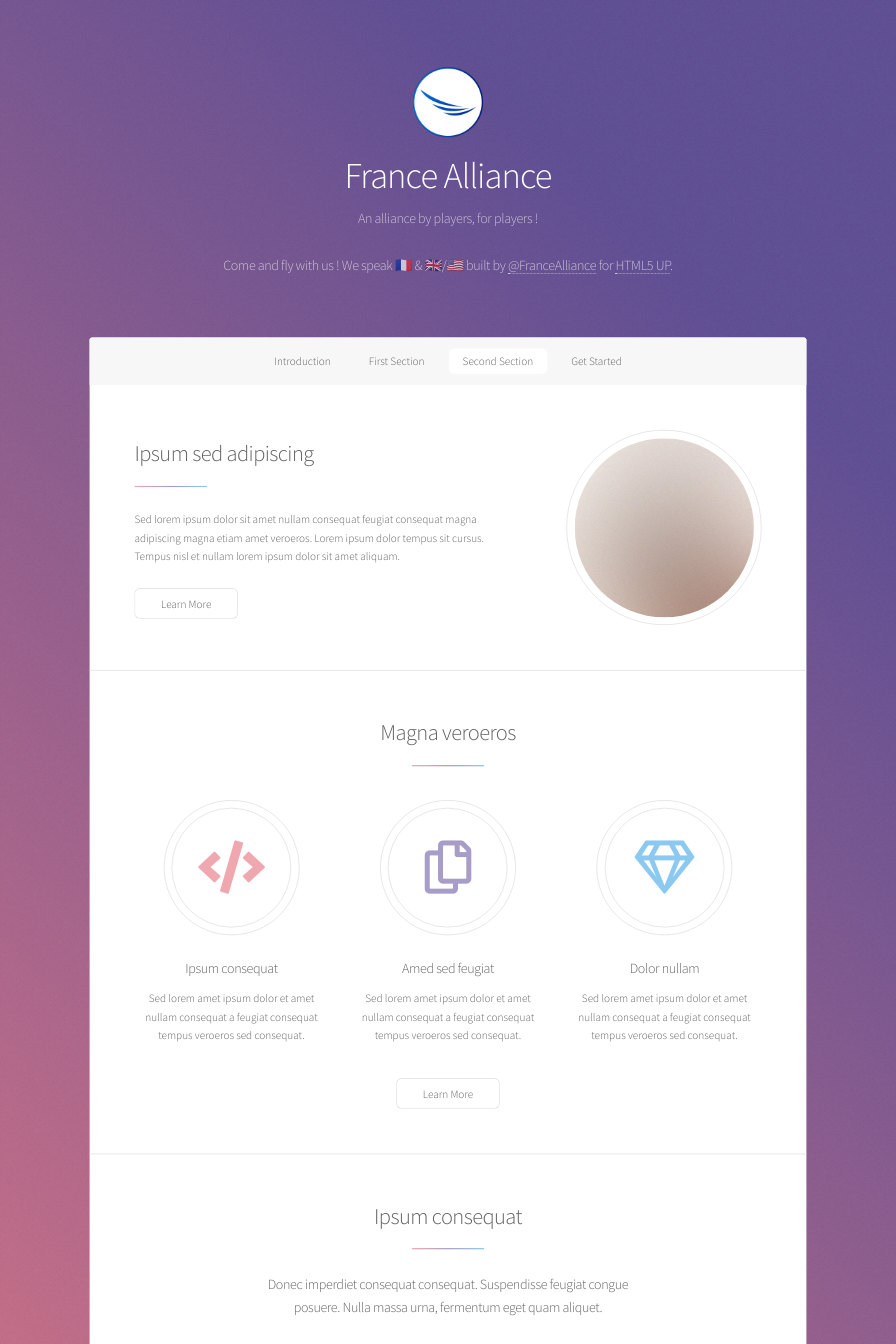
Repository: France-Alliance/France-Alliance.github.io
Page: index.html
The author's editor kept a copy of each file at every save. The page is drawn from the files as they stood at one save, then again after the next save.
The browser window is 1280 px wide. The pictures show the part of the page from y = 0 to 1920 px (the page is 3326 px tall), at 70% of full size.

Above is the page before, as saved 2021-04-05 21:53:07.

### index.html
<!DOCTYPE HTML>
<!--
	Stellar by HTML5 UP
	html5up.net | @ajlkn
	Free for personal and commercial use under the CCA 3.0 license (html5up.net/license)
-->
<html>
	<head>
		<title>France Alliance</title>
		<meta charset="utf-8" />
		<meta name="viewport" content="width=device-width, initial-scale=1, user-scalable=no" />
		<link rel="stylesheet" href="assets/css/main.css" />
		<noscript><link rel="stylesheet" href="assets/css/noscript.css" /></noscript>
	</head>
	<body class="is-preload">

		<!-- Wrapper -->
			<div id="wrapper">

				<!-- Header -->
					<header id="header" class="alt">
						<span class="logo"><img src="images/Fichier 1.png" alt="" /></span>
						<h1>France Alliance</h1>
						<p>An alliance by players, for players ! <br>
						<br>Come and fly with us ! We speak 🇫🇷 & 🇬🇧/🇺🇸
						built by <a href="https://twitter.com/FranceAlliance">@FranceAlliance</a> for <a href="https://html5up.net">HTML5 UP</a>.</p>
					</header>

				<!-- Nav -->
					<nav id="nav">
						<ul>
							<li><a href="#intro" class="active">Introduction</a></li>
							<li><a href="#first">First Section</a></li>
							<li><a href="#second">Second Section</a></li>
							<li><a href="#cta">Get Started</a></li>
						</ul>
					</nav>

				<!-- Main -->
					<div id="main">

						<!-- Introduction -->
							<section id="intro" class="main">
								<div class="spotlight">
									<div class="content">
										<header class="major">
											<h2>Ipsum sed adipiscing</h2>
										</header>
										<p>Sed lorem ipsum dolor sit amet nullam consequat feugiat consequat magna
										adipiscing magna etiam amet veroeros. Lorem ipsum dolor tempus sit cursus.
										Tempus nisl et nullam lorem ipsum dolor sit amet aliquam.</p>
										<ul class="actions">
											<li><a href="generic.html" class="button">Learn More</a></li>
										</ul>
									</div>
									<span class="image"><img src="images/pic01.jpg" alt="" /></span>
								</div>
							</section>

						<!-- First Section -->
							<section id="first" class="main special">
								<header class="major">
									<h2>Magna veroeros</h2>
								</header>
								<ul class="features">
									<li>
										<span class="icon solid major style1 fa-code"></span>
										<h3>Ipsum consequat</h3>
										<p>Sed lorem amet ipsum dolor et amet nullam consequat a feugiat consequat tempus veroeros sed consequat.</p>
									</li>
									<li>
										<span class="icon major style3 fa-copy"></span>
										<h3>Amed sed feugiat</h3>
										<p>Sed lorem amet ipsum dolor et amet nullam consequat a feugiat consequat tempus veroeros sed consequat.</p>
									</li>
									<li>
										<span class="icon major style5 fa-gem"></span>
										<h3>Dolor nullam</h3>
										<p>Sed lorem amet ipsum dolor et amet nullam consequat a feugiat consequat tempus veroeros sed consequat.</p>
									</li>
								</ul>
								<footer class="major">
									<ul class="actions special">
										<li><a href="generic.html" class="button">Learn More</a></li>
									</ul>
								</footer>
							</section>

						<!-- Second Section -->
							<section id="second" class="main special">
								<header class="major">
									<h2>Ipsum consequat</h2>
									<p>Donec imperdiet consequat consequat. Suspendisse feugiat congue<br />
									posuere. Nulla massa urna, fermentum eget quam aliquet.</p>
								</header>
								<ul class="statistics">
									<li class="style1">
										<span class="icon solid fa-code-branch"></span>
										<strong>5,120</strong> Etiam
									</li>
									<li class="style2">
										<span class="icon fa-folder-open"></span>
										<strong>8,192</strong> Magna
									</li>
									<li class="style3">
										<span class="icon solid fa-signal"></span>
										<strong>2,048</strong> Tempus
									</li>
									<li class="style4">
										<span class="icon solid fa-laptop"></span>
										<strong>4,096</strong> Aliquam
									</li>
									<li class="style5">
										<span class="icon fa-gem"></span>
										<strong>1,024</strong> Nullam
									</li>
								</ul>
								<p class="content">Nam elementum nisl et mi a commodo porttitor. Morbi sit amet nisl eu arcu faucibus hendrerit vel a risus. Nam a orci mi, elementum ac arcu sit amet, fermentum pellentesque et purus. Integer maximus varius lorem, sed convallis diam accumsan sed. Etiam porttitor placerat sapien, sed eleifend a enim pulvinar faucibus semper quis ut arcu. Ut non nisl a mollis est efficitur vestibulum. Integer eget purus nec nulla mattis et accumsan ut magna libero. Morbi auctor iaculis porttitor. Sed ut magna ac risus et hendrerit scelerisque. Praesent eleifend lacus in lectus aliquam porta. Cras eu ornare dui curabitur lacinia.</p>
								<footer class="major">
									<ul class="actions special">
										<li><a href="generic.html" class="button">Learn More</a></li>
									</ul>
								</footer>
							</section>

						<!-- Get Started -->
							<section id="cta" class="main special">
								<header class="major">
									<h2>Congue imperdiet</h2>
									<p>Donec imperdiet consequat consequat. Suspendisse feugiat congue<br />
									posuere. Nulla massa urna, fermentum eget quam aliquet.</p>
								</header>
								<footer class="major">
									<ul class="actions special">
										<li><a href="generic.html" class="button primary">Get Started</a></li>
										<li><a href="generic.html" class="button">Learn More</a></li>
									</ul>
								</footer>
							</section>

					</div>

				<!-- Footer -->
					<footer id="footer">
						<section>
							<h2>Aliquam sed mauris</h2>
							<p>Sed lorem ipsum dolor sit amet et nullam consequat feugiat consequat magna adipiscing tempus etiam dolore veroeros. eget dapibus mauris. Cras aliquet, nisl ut viverra sollicitudin, ligula erat egestas velit, vitae tincidunt odio.</p>
							<ul class="actions">
								<li><a href="generic.html" class="button">Learn More</a></li>
							</ul>
						</section>
						<section>
							<h2>Etiam feugiat</h2>
							<dl class="alt">
								<dt>Address</dt>
								<dd>1234 Somewhere Road &bull; Nashville, TN 00000 &bull; USA</dd>
								<dt>Phone</dt>
								<dd>(000) 000-0000 x 0000</dd>
								<dt>Email</dt>
								<dd><a href="#">information@untitled.tld</a></dd>
							</dl>
							<ul class="icons">
								<li><a href="#" class="icon brands fa-twitter alt"><span class="label">Twitter</span></a></li>
								<li><a href="#" class="icon brands fa-facebook-f alt"><span class="label">Facebook</span></a></li>
								<li><a href="#" class="icon brands fa-instagram alt"><span class="label">Instagram</span></a></li>
								<li><a href="#" class="icon brands fa-github alt"><span class="label">GitHub</span></a></li>
								<li><a href="#" class="icon brands fa-dribbble alt"><span class="label">Dribbble</span></a></li>
							</ul>
						</section>
						<p class="copyright">&copy; Untitled. Design: <a href="https://html5up.net">HTML5 UP</a>.</p>
					</footer>

			</div>

		<!-- Scripts -->
			<script src="assets/js/jquery.min.js"></script>
			<script src="assets/js/jquery.scrollex.min.js"></script>
			<script src="assets/js/jquery.scrolly.min.js"></script>
			<script src="assets/js/browser.min.js"></script>
			<script src="assets/js/breakpoints.min.js"></script>
			<script src="assets/js/util.js"></script>
			<script src="assets/js/main.js"></script>

	</body>
</html>

Loaded but not shown: assets/js/jquery.min.js (library); assets/js/jquery.scrollex.min.js (common file); assets/css/fontawesome-all.min.css (library); assets/js/jquery.scrolly.min.js (common file); assets/js/browser.min.js (common file); assets/js/breakpoints.min.js (common file); assets/js/util.js (587 lines, source omitted); assets/js/main.js (123 lines, source omitted); assets/css/main.css (3785 lines, source omitted)

After the next save:
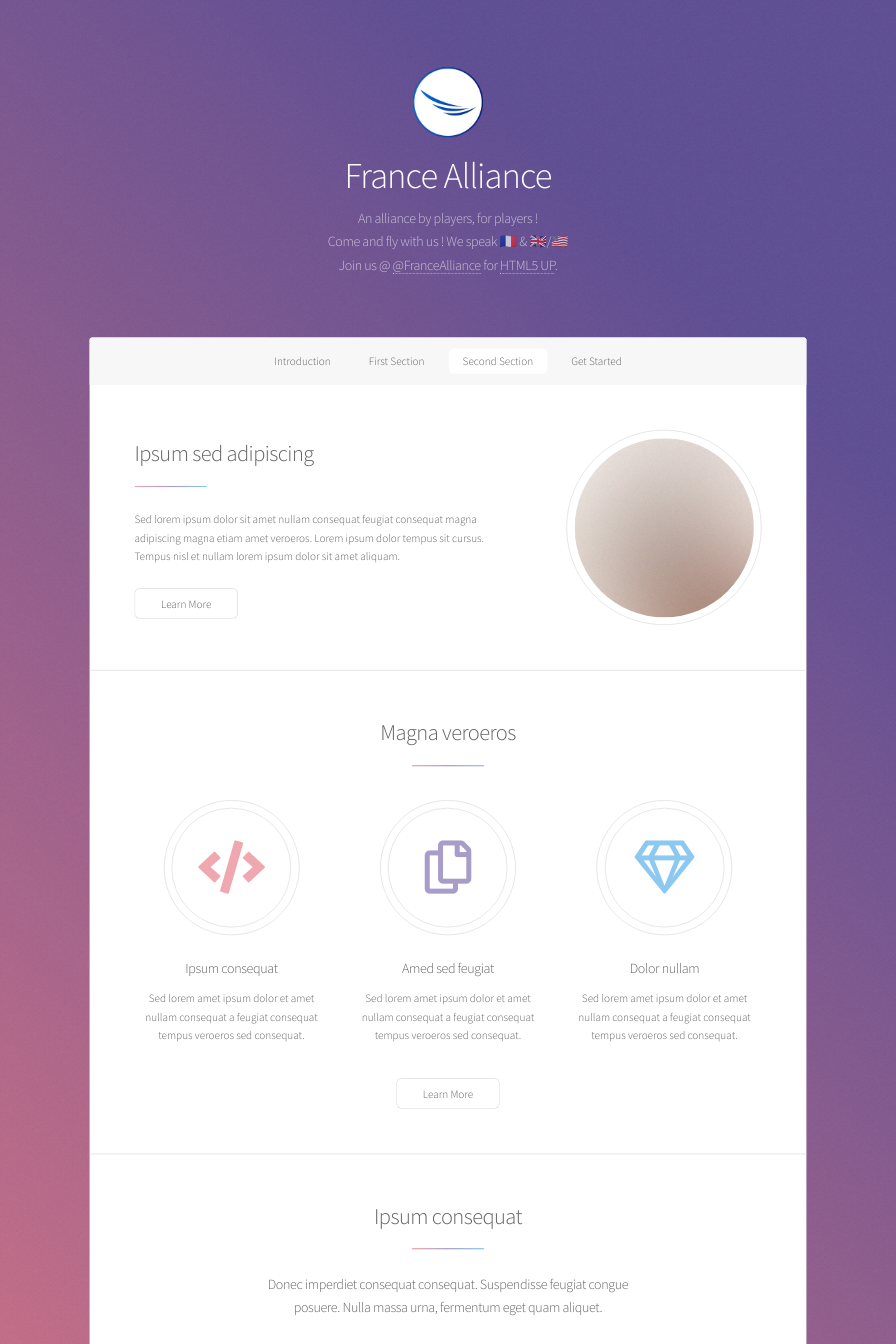
Saved 41 s later.
--- a/index.html
+++ b/index.html
@@ -21,9 +21,9 @@
 					<header id="header" class="alt">
 						<span class="logo"><img src="images/Fichier 1.png" alt="" /></span>
 						<h1>France Alliance</h1>
-						<p>An alliance by players, for players ! <br>
-						<br>Come and fly with us ! We speak 🇫🇷 & 🇬🇧/🇺🇸
-						built by <a href="https://twitter.com/FranceAlliance">@FranceAlliance</a> for <a href="https://html5up.net">HTML5 UP</a>.</p>
+						<p>An alliance by players, for players !<br>
+						Come and fly with us ! We speak 🇫🇷 & 🇬🇧/🇺🇸<br>
+						Join us @ <a href="https://twitter.com/FranceAlliance">@FranceAlliance</a> for <a href="https://html5up.net">HTML5 UP</a>.</p>
 					</header>
 
 				<!-- Nav -->
